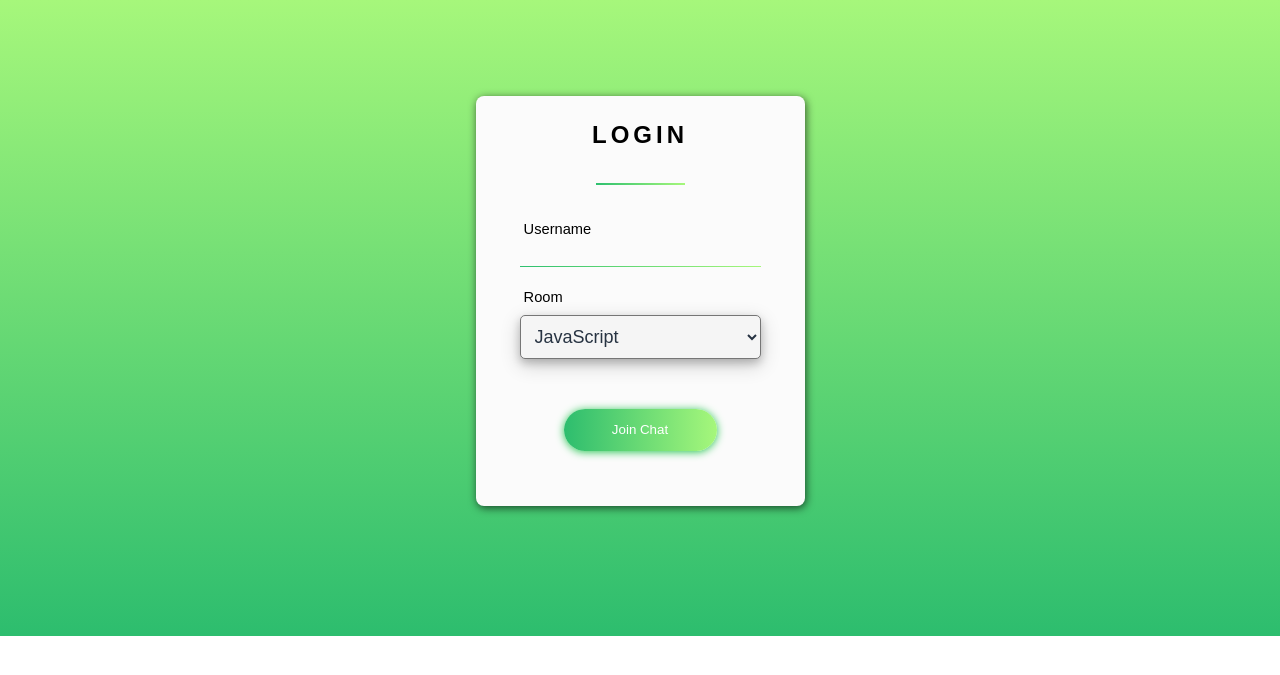
Repository: satyam12116/chat
Page: public/index.html
An editor plug-in stored every save of this project. The page is shown before and after the next save, followed by the edit.
The browser window is 1280 px wide. The pictures show the whole page.
Some web libraries are served in a nearby version.

Above is the page before, as saved 2023-03-26 11:26:34.

After the next save:
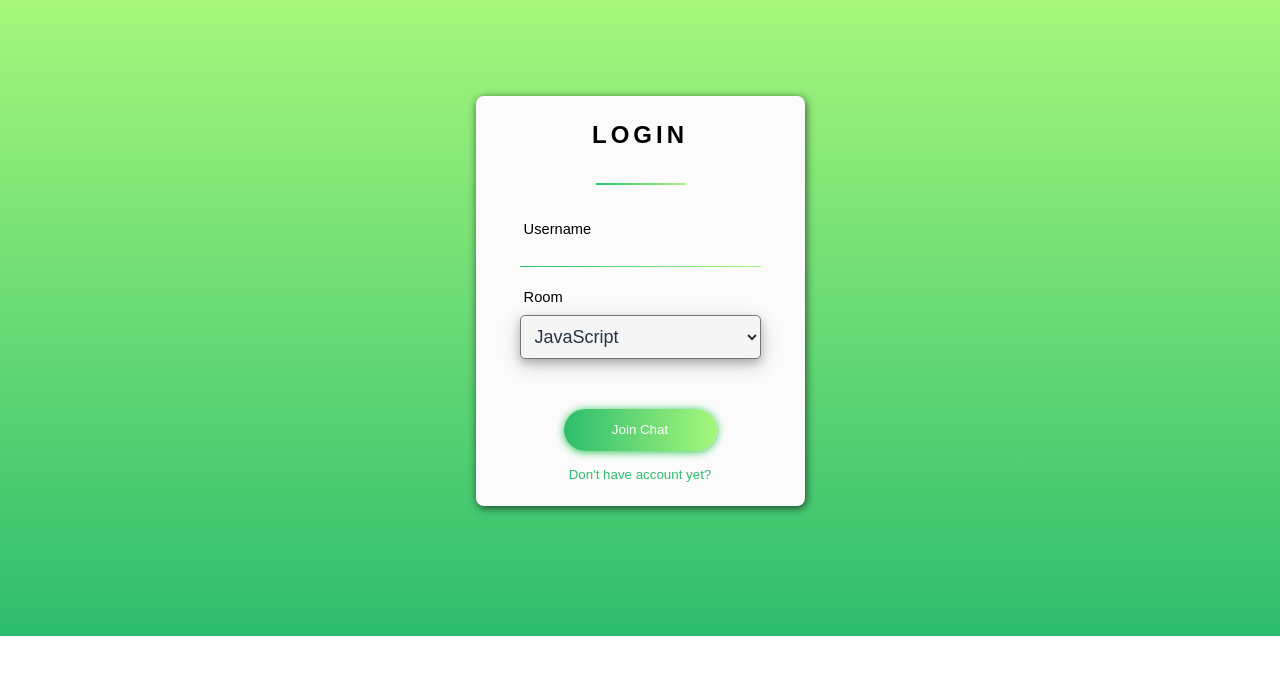
Saved 18 min 47 s later.
--- a/public/index.html
+++ b/public/index.html
@@ -73,7 +73,7 @@
 				  <legend id="forgot-pass">Forgot password?</legend>
 				</a> -->
 				<input id="submit-btn" type="submit" name="submit" value="Join Chat" />
-				<!-- <a href="#" id="signup">Don't have account yet?</a> -->
+				<a href="#" id="signup">Don't have account yet?</a>
 			  </form>
 			</div>
 		  </div>
